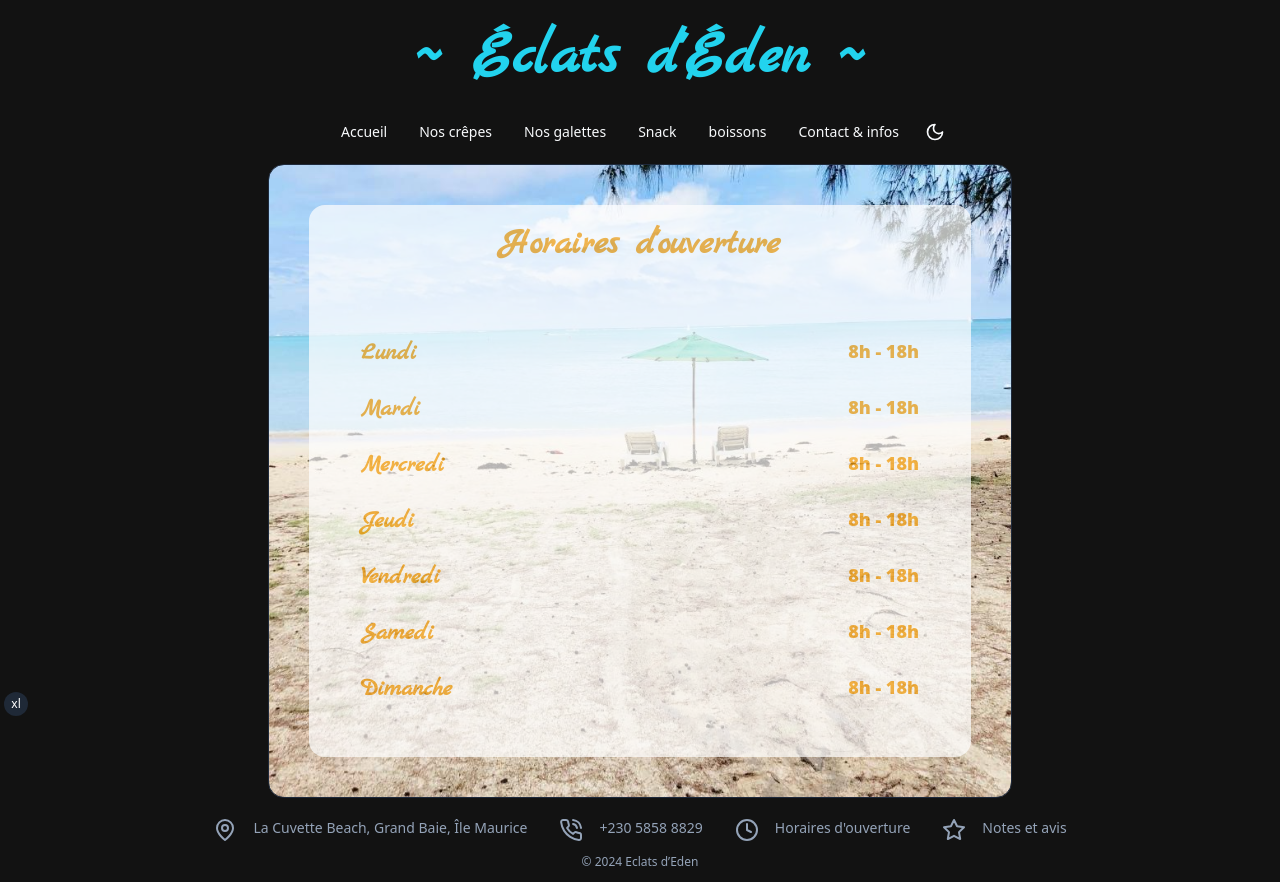
Repository: jeffMauritius/eclats-deden
Page: /schedule
An editor plug-in stored every save of this project. The page is shown before and after the next save, followed by the edit.
The browser window is 1280 px wide. The pictures show the whole page.
The project was rebuilt for these pictures with package versions that can differ from the ones it lists, and the page was loaded fresh each time. The framework's server and built-in components were replaced by stand-ins that run in the browser. Also part of the build but not shown: next.config.mjs.

Above is the page before, as saved 2024-08-14 12:21:16.

After the next save:
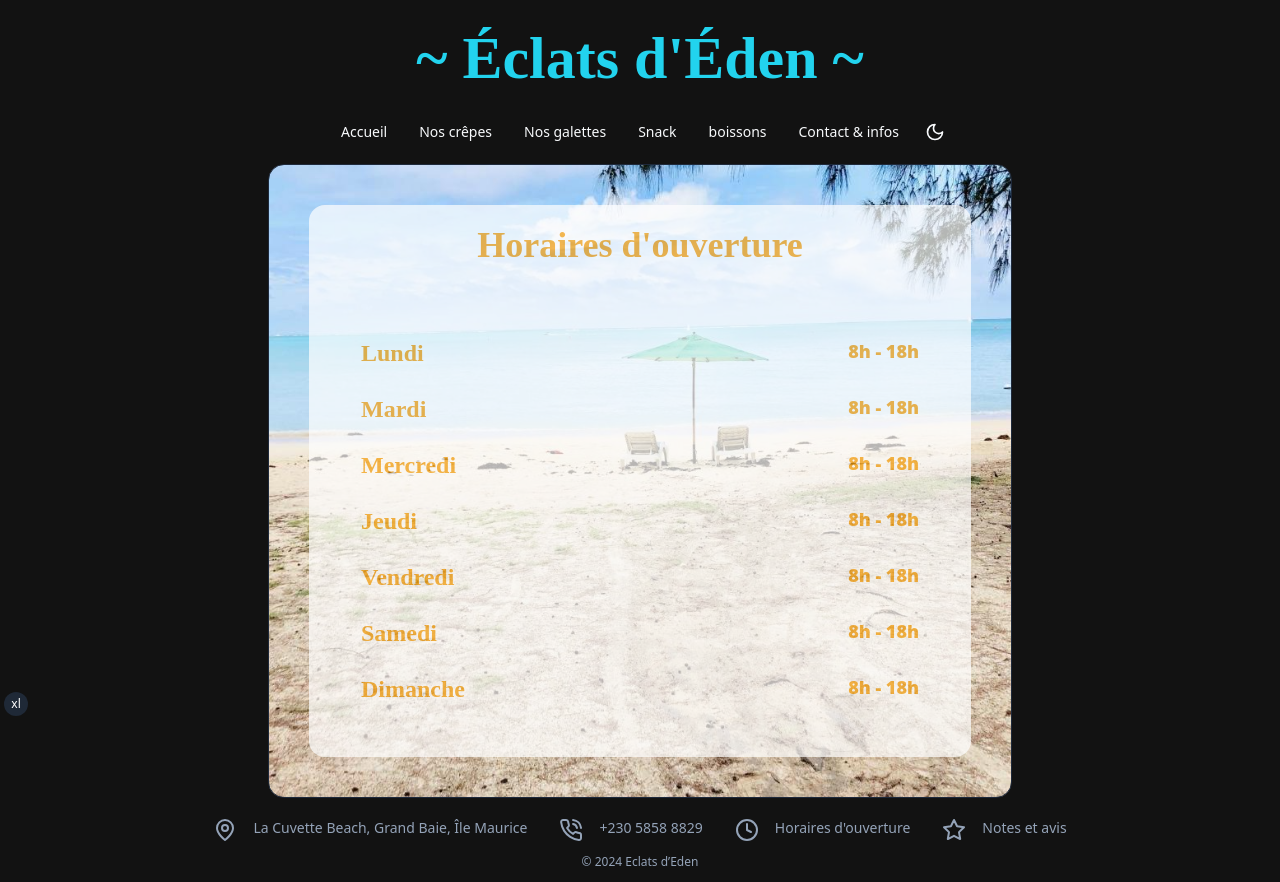
Saved 15 days later.
--- a/tailwind.config.ts
+++ b/tailwind.config.ts
@@ -18,7 +18,7 @@ const config = {
       },
     },
     fontFamily: {
-      'display': ['"Marck Script"', 'cursive'],
+      'display': ['"Playwrite CU"', 'cursive'],
       'body': ['"Open Sans"', 'sans-serif'],
     },
     extend: {
